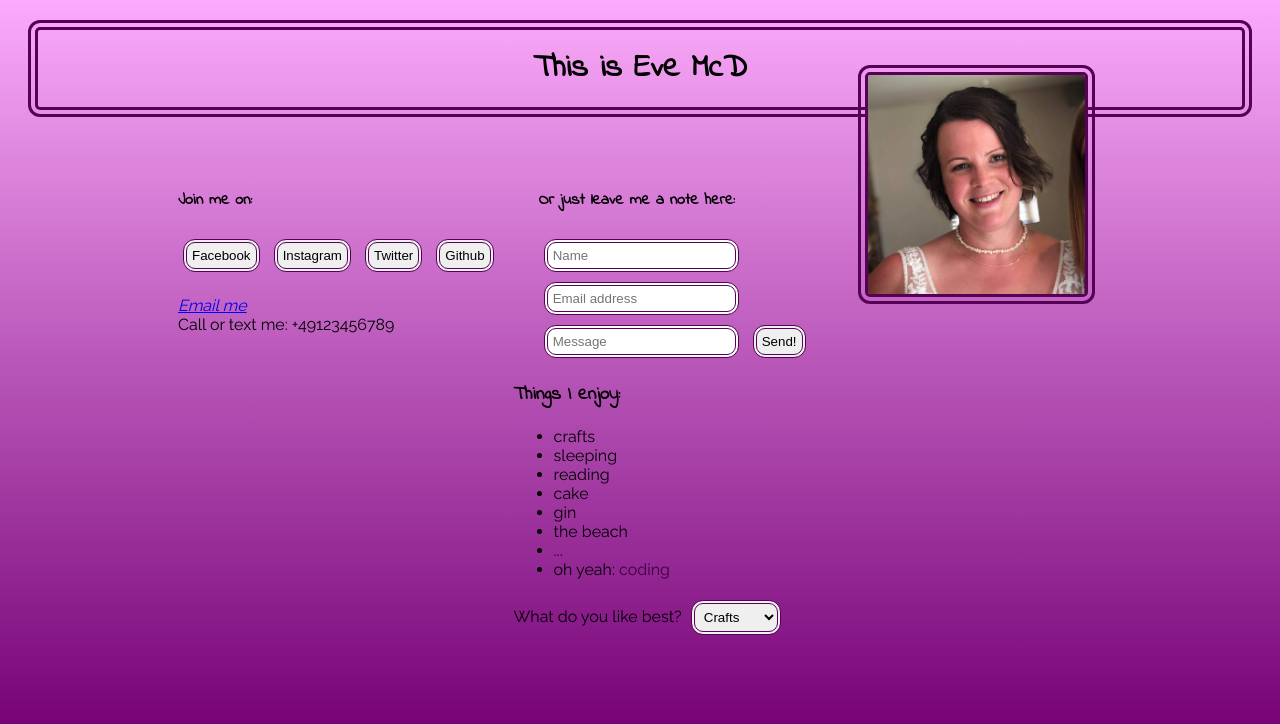
Repository: evemcd/Strive-Ignite-W1
Page: index.html
The author's editor kept a copy of each file at every save. The page is drawn from the files as they stood at one save, then again after the next save.
The browser window is 1280 px wide. The pictures show the whole page.

Above is the page before, as saved 2021-01-17 22:54:18.

After the next save:
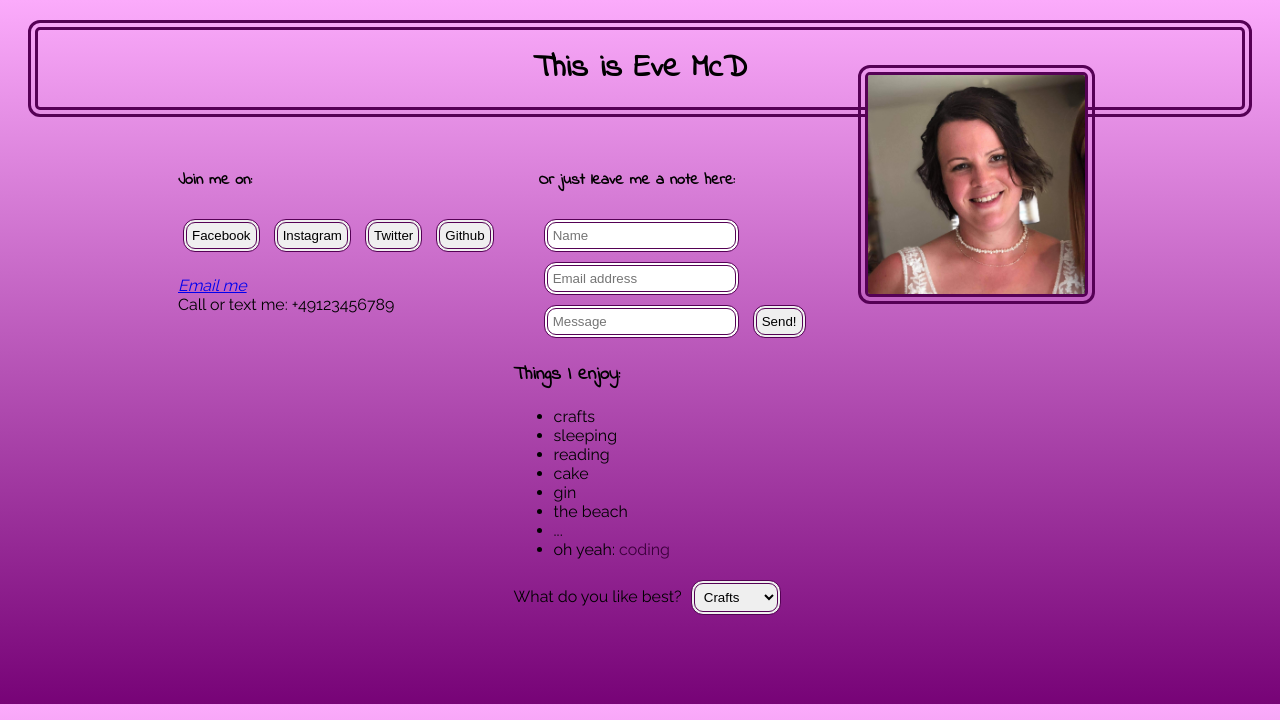
Saved 13 s later.
--- a/styles.css
+++ b/styles.css
@@ -16,7 +16,7 @@ body {
     flex-flow: column wrap;
     flex-direction: row;
     justify-content: flex-start;
-    margin: 50px 0px 0px 150px;
+    margin: 30px 0px 0px 150px;
 }
 
 h1 {
